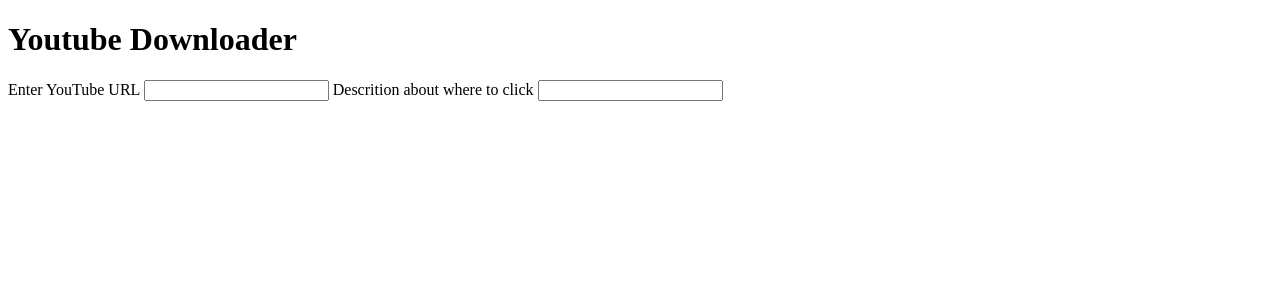
Repository: HadiaMasood/YoutubeDownloader-And-Clipper
Page: Youtube.html
The author's editor kept a copy of each file at every save. The page is drawn from the files as they stood at one save, then again after a run of saves.
The browser window is 1280 px wide. The pictures show the whole page.

Above is the page before, as saved 2026-04-01 12:25:10.

### Youtube.html
<!DOCTYPE html>
<html lang="en">
<head>
    <meta charset="UTF-8">
    <meta name="viewport" content="width=device-width, initial-scale=1.0">
    <title>Document</title>
</head>
<body>

    <h1>

        Youtube Downloader
    </h1>

    <form action="">


        <label for="">Enter YouTube URL</label>
<input type="url">
        <label for="">Descrition about where to click </label>


        <input type="text">
    </form>

</body>
</html>

After the next 3 saves:
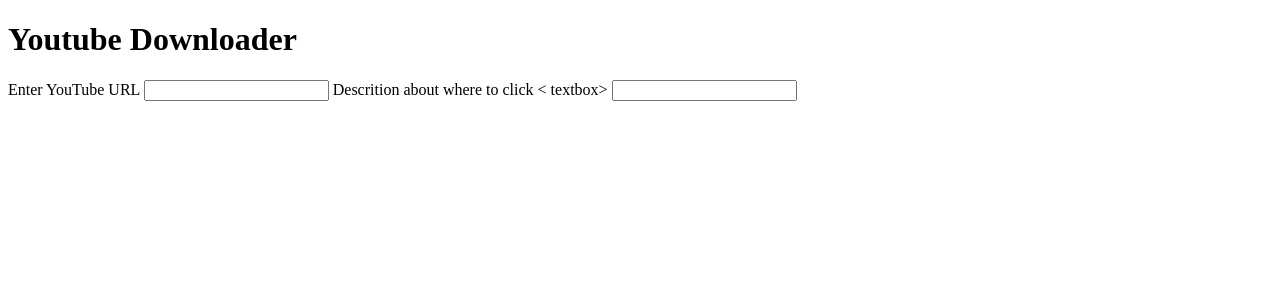
The 3 saves are shown as one change because they came seconds apart.
The last was saved 11 s later.
--- a/Youtube.html
+++ b/Youtube.html
@@ -18,7 +18,7 @@
         <label for="">Enter YouTube URL</label>
 <input type="url">
         <label for="">Descrition about where to click </label>
-
+       < textbox>
 
         <input type="text">
     </form>
